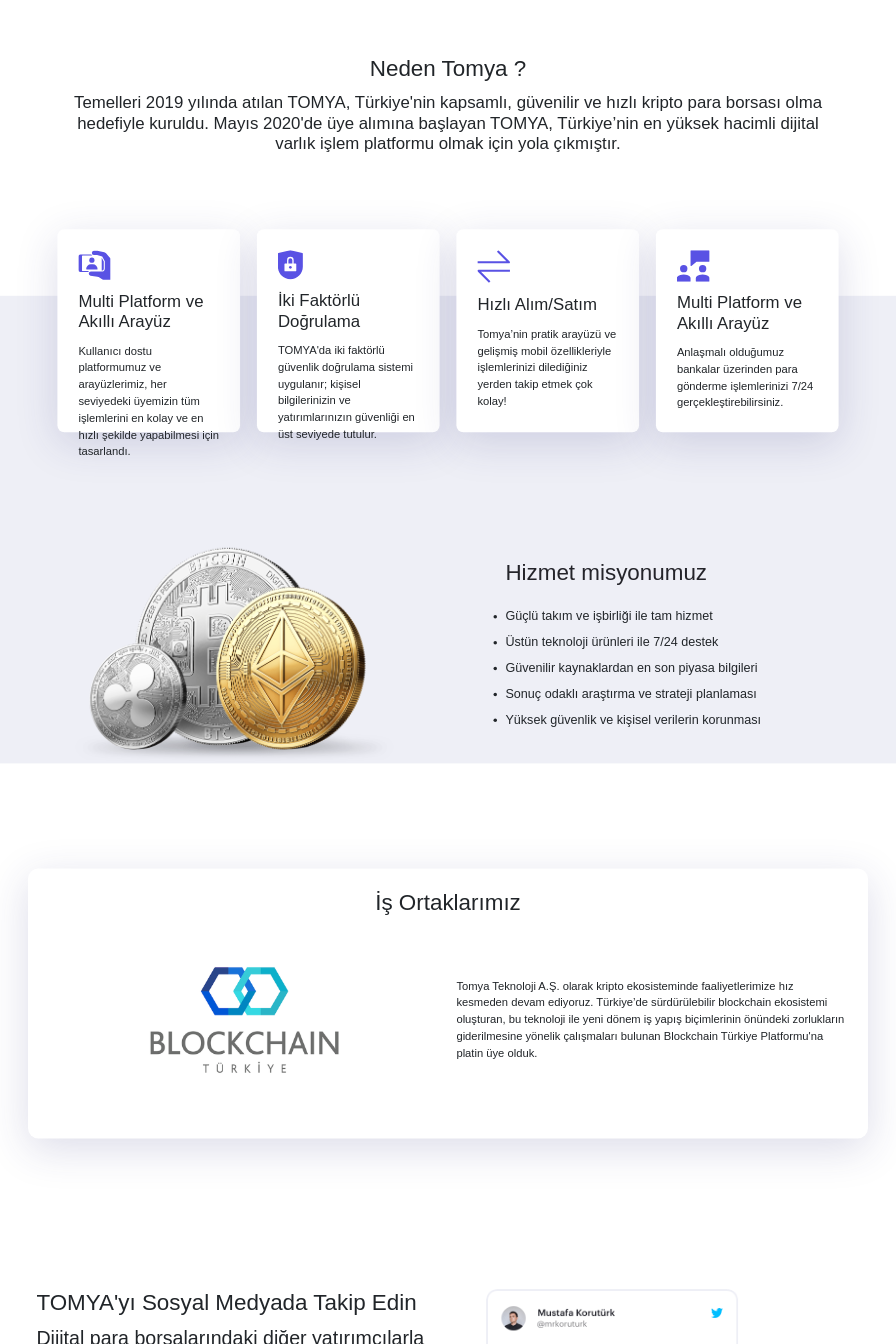
Repository: ezgibayrakli/TomyaProje
Page: index copy.html
These files come from the project's save history. The page is drawn as it stood at one moment and after the next save; the edit follows.
The browser window is 1280 px wide. The pictures show the part of the page from y = 831 to 2751 px (the page is 5139 px tall), at 70% of full size.
Some web fonts or font styles are not loaded; a fallback is used.

Above is the page before, as saved 2023-07-06 13:49:25.

After the next save:
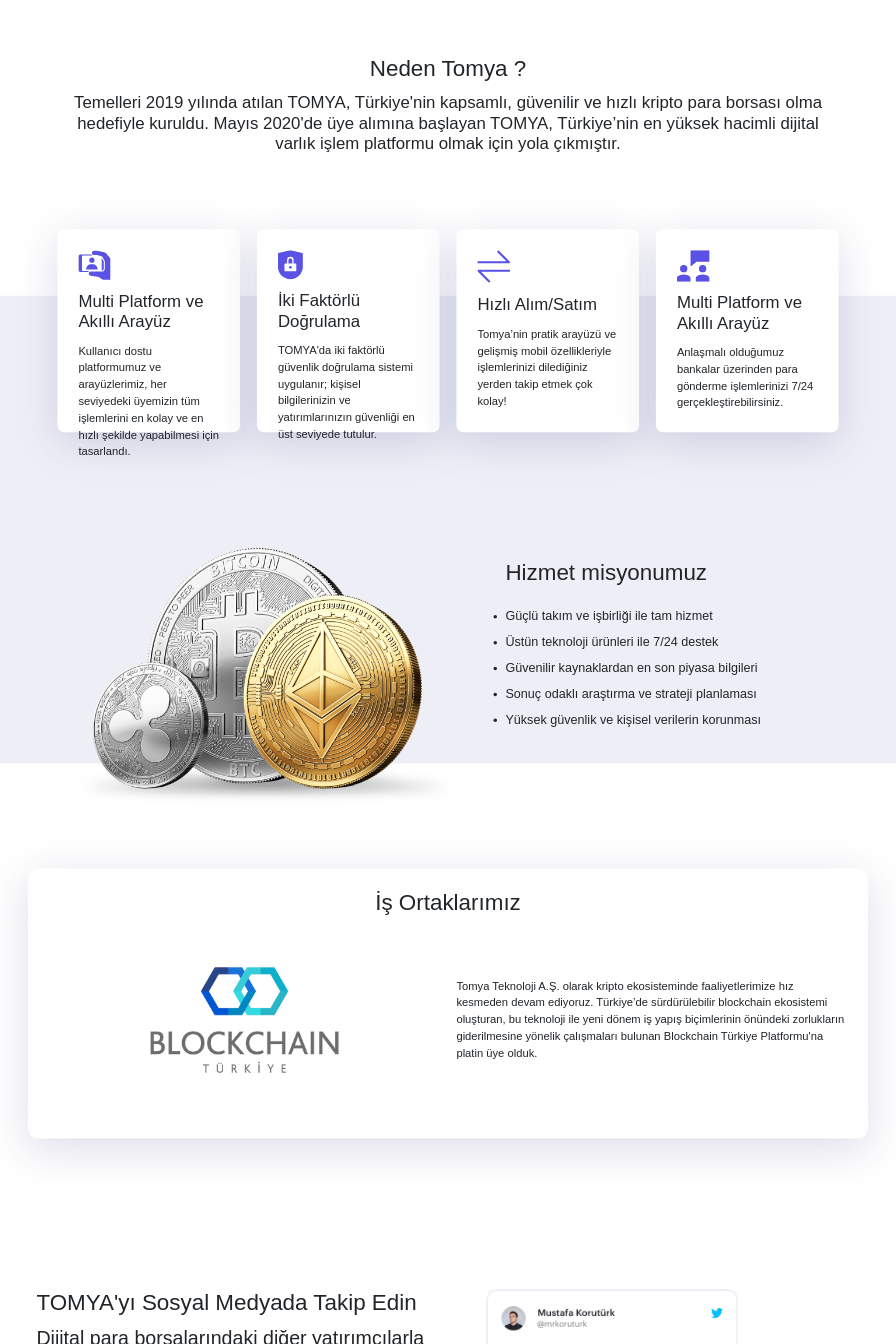
Saved 82 s later.
--- a/style.css
+++ b/style.css
@@ -127,7 +127,7 @@
 /* Main-Menu-Two */
 .coins img {
     margin-left: 25px;
-    max-height: 100%;
+
     max-width: 100%;
     margin-bottom: -60px;
 }
